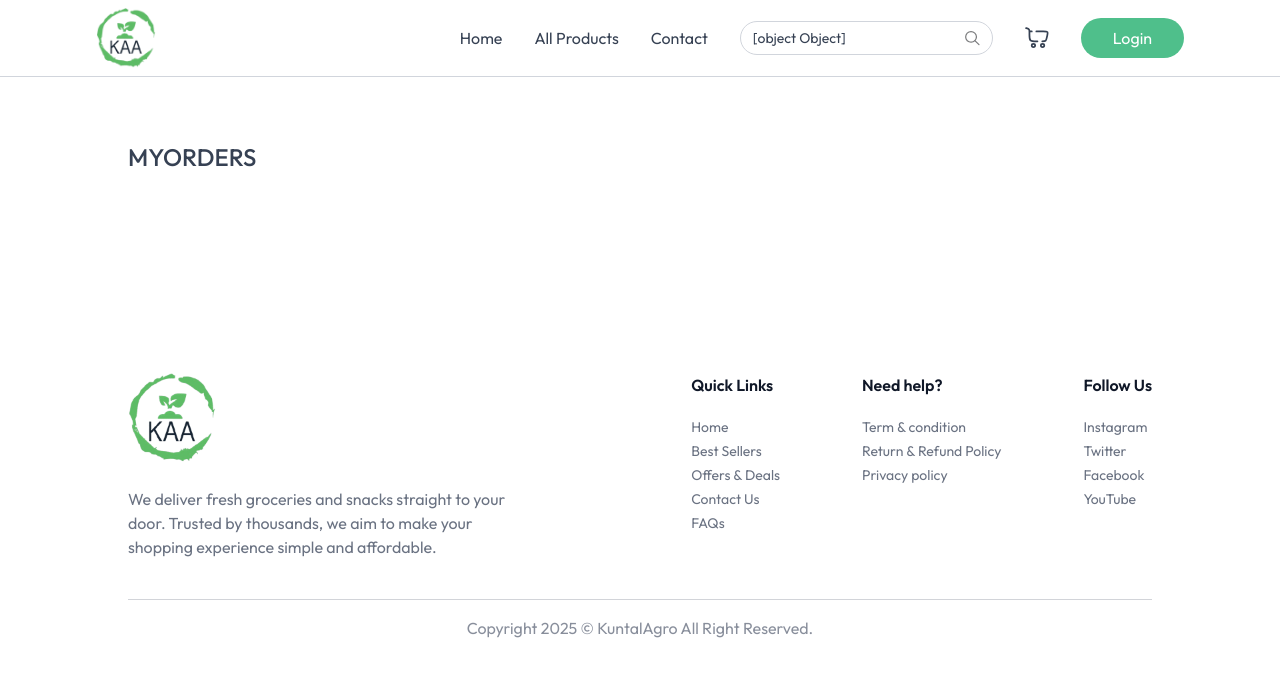
Repository: deepak445566/agro
Page: /myOrders (app in client/)
An editor plug-in stored every save of this project. The page is shown before and after the next save, followed by the edit.
The browser window is 1280 px wide. The pictures show the whole page.
The page's requests for data from a server got no answer. Some web fonts or font styles are not loaded; a fallback is used. The project was rebuilt for these pictures with package versions that can differ from the ones it lists, and the page was loaded fresh each time. No one was signed in, and anything a server would have sent is missing. Also part of the build but not shown: client/vite.config.js, client/src/components/MainBanner.jsx, client/src/components/ProductCard.jsx, client/src/components/BestSeller.jsx, client/src/components/BottomBanner.jsx, client/src/components/NewsLetter.jsx, client/src/components/OurStory.jsx, client/src/components/Reviews.jsx and 16 more.

Above is the page before, as saved 2025-12-17 11:24:17.

### client/index.html
<!doctype html>
<html lang="en">
  <head>
    <meta charset="UTF-8" />
    <link rel="icon" type="image/svg+xml" href="/favicon.svg" />
    <meta name="viewport" content="width=device-width, initial-scale=1.0" />
    <title>Grocery</title>
  </head>
  <body>
    <div id="root"></div>
    <script type="module" src="/src/main.jsx"></script>
  </body>
</html>

### client/src/main.jsx
import { StrictMode } from 'react'
import { createRoot } from 'react-dom/client'
import './index.css'
import App from './App.jsx'
import {BrowserRouter} from 'react-router-dom'
import { AppContextProvider } from './context/AppContext.jsx'


createRoot(document.getElementById('root')).render(
  <BrowserRouter>
  <AppContextProvider>
    <App />
    </AppContextProvider>
 </BrowserRouter>,
)

### client/src/index.css



@import url('https://fonts.googleapis.com/css2?family=Anton&family=Archivo+Black&family=Bebas+Neue&family=Bungee&family=Exo+2:ital,wght@0,100..900;1,100..900&family=Frijole&family=Kaushan+Script&family=Lilita+One&family=Mozilla+Headline:wght@200..700&family=Outfit:wght@100..900&family=Poppins:ital,wght@0,100;0,200;0,300;0,400;0,500;0,600;0,700;0,800;0,900;1,100;1,200;1,300;1,500;1,600;1,700;1,800;1,900&family=Rowdies:wght@300;400;700&family=Signika+Negative:wght@300..700&display=swap');

@import "tailwindcss";

*{
  font-family: "Outfit", sans-serif;
}
@theme {
  --color-primary:#4fbf8b;
  --color-primary-dull: #44ae7c;
}

### client/src/App.jsx
import React from 'react'
import Navbar from './components/Navbar'
import Home from './pages/Home'
import { Route, Routes, useLocation } from 'react-router-dom'
import { Toaster } from 'react-hot-toast';
import Footer from './components/Footer';
import { useAppContext } from './context/AppContext';
import Login from './components/Login';
import AllProduct from './pages/AllProduct';
import Productcato from './pages/Productcato';
import ProductDetail from './pages/ProductDetail';
import Cart from './pages/Cart';
import Addaddress from './components/Addaddress';
import Myorders from './pages/Myorders';
import SellerLogin from './components/seller/SellerLogin';
import SellerLayout from './pages/seller/SellerLayout';
import Addproduct from './pages/seller/Addproduct';
import ProductList from './pages/seller/ProductList';
import Order from './pages/seller/Order';
import Loading from './components/Loading';
import TermsAndConditions from './pages/Term';
import ReturnRefundPolicy from './pages/Return';
import PrivacyPolicy from './pages/Policy';


function App() {

  const isSellerPath = useLocation().pathname.includes("seller");
const {showLogin,isSeller} =useAppContext();


  return (
  <>
  <div className='text-default min-h-screen text-gray-700 bg-white'>
{isSellerPath ? null : <Navbar/>}
{showLogin ? <Login/> : null}
<Toaster></Toaster>
<div className={` ${isSellerPath ? " ":"px-6 md:px-16 lg:px-24 xl:px-32" }`}>
  <Routes>
    <Route path='/' element={<Home/>}/>
    <Route path='/products' element={<AllProduct/>}/>
    <Route path='/products/:category' element={<Productcato/>}/>
    <Route path='/products/:category/:id' element={<ProductDetail/>}/>
  <Route path='/cart' element={<Cart/>}/>
  <Route path='/add-address' element={<Addaddress/>}/>
  <Route path='/myOrders' element={<Myorders/>}/>
<Route path="/loader" element={<Loading/>}/>

<Route path="/term" element={<TermsAndConditions/>}/>
<Route path="/return" element={<ReturnRefundPolicy/>}/>
<Route path='/policy' element={<PrivacyPolicy/>}/>





  <Route path='/seller' element={isSeller?<SellerLayout/> :<SellerLogin/>}>
  <Route index element={isSeller?<Addproduct/>:null} />
<Route path='product-list' element={isSeller?<ProductList/>:null} />
<Route path='orders' element={<Order/>}/>



  </Route>


  </Routes>
</div>
 {!isSellerPath && <Footer />}
</div>
  </>
  )
}

export default App

### client/src/context/AppContext.jsx
import { createContext, useContext, useEffect, useState } from "react";
import { useNavigate } from "react-router-dom";

import toast from "react-hot-toast";
import axios from "axios";


axios.defaults.withCredentials = true;
axios.defaults.baseURL = import.meta.env.VITE_BACKEND_URL;






export const AppContext = createContext();

export const AppContextProvider = ({ children }) => {
  const navigate = useNavigate();

  const [user, setUser] = useState(null);
  const [isSeller, setIsSeller] = useState(false);
  const [showLogin, setShowLogin] = useState(false);
  const [products, setProducts] = useState([]);
  const [cartItems, setCartItems] = useState({});
  const [search, setSearch] = useState({});

  //status//
const fetchSeller = async () => {
  try {
    const { data } = await axios.get("/api/seller/isauth");

    if (data.success) {
      setIsSeller(true);
      console.log("Seller authenticated:", data.seller);
    } else {
      setIsSeller(false);
      console.log("Seller not authenticated:", data.message);
    }
  } catch (error) {
    console.error("Error checking seller auth:", error);
    setIsSeller(false);
  }
};





  const fetchUser = async ()=>{
    try {
      const {data} = await axios.get('/api/user/isauth');
      if(data.success){
        setUser(data.user)
        setCartItems(data.user.cartItems)

      }
    } catch (error) {
      setUser(null)
    }
  }


  // Fetch products
  const fetchProducts = async () => {
   try{
const {data} = await axios.get("/api/product/list")
if(data.success){
  setProducts(data.products)
}else{
  toast.error(data.message)
}
   }catch(error){
toast.error(error.message)
   }
  };

  // Add to cart
  const addToCart = (itemId) => {
    let cartData = structuredClone(cartItems);
    if (cartData[itemId]) {
      cartData[itemId] += 1;
    } else {
      cartData[itemId] = 1;
    }
    setCartItems(cartData);
    console.log(cartItems);
    toast.success("Added to Cart");
  };

  // Update cart quantity
  const updateCart = (itemId, quantity) => {
    let cartData = structuredClone(cartItems);
    if (quantity <= 0) {
      delete cartData[itemId];
    } else {
      cartData[itemId] = quantity;
    }
    setCartItems(cartData);
  };

  // Remove product from cart completely
  const removeFromCart = (itemId) => {
    let cartData = structuredClone(cartItems);
    if (cartData[itemId]) {
      delete cartData[itemId];
      setCartItems(cartData);
      toast.success("Removed from Cart");
    }
  };

  const getcount = () => {
    let totalcount = 0;
    for (const item in cartItems) {
      totalcount += cartItems[item];
    }
    return totalcount;
  };

  const gettotal = () => {
    let totalAmount = 0;
    for (const itemId in cartItems) {
      let itemInfo = products.find((pro) => pro._id === itemId);
      if (itemInfo && cartItems[itemId] > 0) {
        totalAmount += itemInfo.offerPrice * cartItems[itemId]; // ✅ fixed property name
      }
    }
    return Math.floor(totalAmount * 100) / 100;
  };

  useEffect(() => {
    fetchSeller()
    fetchUser()
    fetchProducts()
  }, []);
//databasecrt items//
useEffect(()=>{
const updateCart = async () => {
  try {
    const { data } = await axios.post('/api/cart/update', {
      userId: user._id,   // make sure user object has _id
      cartItems
    });
    if (!data.success) {
      toast.error(data.message);
    }
  } catch (error) {
    toast.error(error.message);
  }
};

if(user){
  updateCart()
}


},[cartItems])



  const value = {
    navigate,
    user,
    setUser,
    isSeller,
    setIsSeller,
    showLogin,
    setShowLogin,
    products,
    addToCart,
    updateCart,
    removeFromCart, // ⬅ new function
    cartItems,
    search,
    setSearch,
    getcount,
    gettotal,
    axios,
    fetchProducts,
    setCartItems
  };

  return <AppContext.Provider value={value}>{children}</AppContext.Provider>;
};

// Custom hook
export const useAppContext = () => {
  return useContext(AppContext);
};

### client/src/components/Footer.jsx
import React from 'react'
import { assets, footerLinks } from '../assets/assets'

function Footer() {
  return (
 <>
  <div className="px-6 md:px-16 lg:px-24 xl:px-32 mt-24">
            <div className="flex flex-col md:flex-row items-start justify-between gap-10 py-10 border-b border-gray-500/30 text-gray-500">
                <div>
                    <img className="w-34 md:w-22" src="/logo1.png" alt="dummyLogoColored" />
                    <p className="max-w-[410px] mt-6">We deliver fresh groceries and snacks straight to your door. Trusted by thousands, we aim to make your shopping experience simple and affordable.</p>
                </div>
                <div className="flex flex-wrap justify-between w-full md:w-[45%] gap-5 ">
                    {footerLinks.map((section, index) => (
                        <div key={index}>
                            <h3 className="font-semibold text-base text-gray-900 md:mb-5 mb-2">{section.title}</h3>
                            <ul className="text-sm space-y-1">
                                {section.links.map((link, i) => (
                                    <li key={i}>
                                        <a href={link.url} className="hover:underline transition">{link.text}</a>
                                    </li>
                                ))}
                            </ul>
                        </div>
                    ))}
                </div>
            </div>
            <p className="py-4 text-center text-sm md:text-base text-gray-500/80">
                Copyright 2025 © <a href="https://prebuiltui.com">KuntalAgro</a> All Right Reserved.
            </p>
        </div>

 </>
  )
}

export default Footer

### client/src/pages/Myorders.jsx
import React, { useEffect, useState } from "react";

import { useAppContext } from "../context/AppContext";

function Myorders() {
  const { axios, user } = useAppContext();
  const [myOrders, setMyOrders] = useState([]);

  const fetchOrders = async () => {
    try {
      const { data } = await axios.get("/api/order/user");
      console.log("Data from backend:", data);
      if (data.success) {
        setMyOrders(data.orders);
      }
    } catch (error) {
      console.log("Error fetching orders:", error);
    }
  };

  useEffect(() => {
    if (user) {
      fetchOrders();
    }
  }, [user]);

  return (
    <>
      <div className="mt-16 pb-16">
        <div>
          <p className="text-2xl font-medium uppercase">MyOrders</p>
        </div>
        {myOrders.map((order, index) => (
          <div className="border border-gray-300 rounded-lg mb-10 p-4 py-5" key={order._id}>
            <p className="flex justify-between md:items-center text-gray-400 md:font-medium max-md:flex-col">
              <span> OrderId : {order._id}</span>
              <span>Payment :{order.paymentType}</span>
              <span>Total Amount: {order.amount}</span>
            </p>
            {order.items.map((item, itemIndex) => (
              // Add null check for item.product
              item.product ? (
                <div className={`relative bg-white text-gray-500/70 ${order.items.length !== itemIndex + 1 && "border-b"} border-gray-300 flex flex-col md:flex-row md:items-center justify-between p-4 py-5 md:gap-16 w-full max-w-4xl`} key={itemIndex}>
                  <div className="flex items-center mb-4 md:md-0">
                    <div className="bg-primary/10 p-4 rounded-lg">
                      <img
                        src={item.product.image[0]}
                        className="w-16 h-16"
                        alt={item.product.name}
                      />
                    </div>
                    <div className="ml-4">
                      <h2 className="text-xl font-medium text-gray-800">{item.product.name}</h2>
                      <p>{item.product.category}</p>
                    </div>
                  </div>
                  <div className="flex flex-col justify-center md:ml-10 mb-4 md:mb-0">
                    <p>Quantity:{item.quantity || "1"}</p>
                    <p>Status:{order.status}</p>
                    <p>Date: {new Date(order.createdAt).toLocaleDateString()}</p>
                  </div>
                  <p className="text-primary text-lg font-medium">
                    Amount:${item.product.offerPrice * item.quantity}
                  </p>
                </div>
              ) : (
                // Fallback UI for deleted products
                <div className={`relative bg-white text-gray-500/70 ${order.items.length !== itemIndex + 1 && "border-b"} border-gray-300 flex flex-col md:flex-row md:items-center justify-between p-4 py-5 md:gap-16 w-full max-w-4xl`} key={itemIndex}>
                  <div className="flex items-center mb-4 md:md-0">
                    <div className="bg-gray-100 p-4 rounded-lg">
                      <div className="w-16 h-16 flex items-center justify-center bg-gray-200">
                        <span>❌</span>
                      </div>
                    </div>
                    <div className="ml-4">
                      <h2 className="text-xl font-medium text-gray-800">Product no longer available</h2>
                      <p>Product has been removed</p>
                    </div>
                  </div>
                  <div className="flex flex-col justify-center md:ml-10 mb-4 md:mb-0">
                    <p>Quantity:{item.quantity || "1"}</p>
                    <p>Status:{order.status}</p>
                    <p>Date: {new Date(order.createdAt).toLocaleDateString()}</p>
                  </div>
                  <p className="text-gray-400 text-lg font-medium">
                    Product unavailable
                  </p>
                </div>
              )
            ))}
          </div>
        ))}
      </div>
    </>
  );
}

export default Myorders;

Loaded but not shown: client/src/assets/assets.js (193 lines, source omitted); client/src/components/Navbar.jsx (280 lines, source omitted)

After the next save:
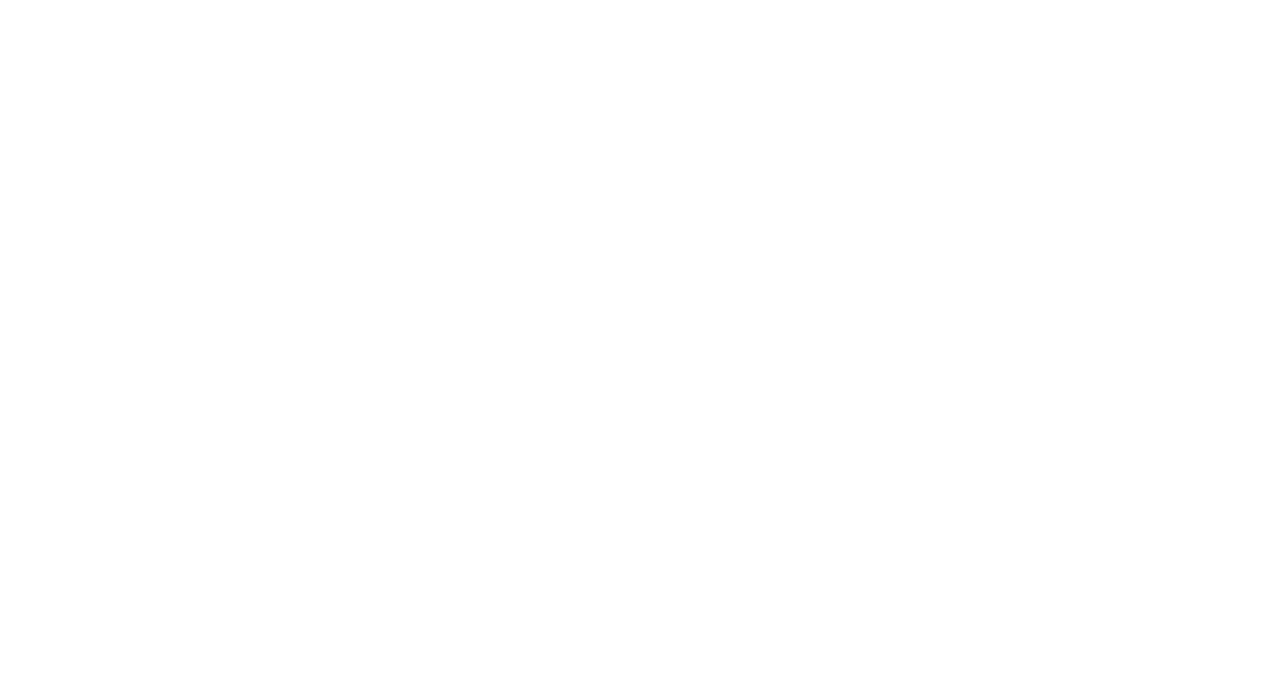
Console error (its wording comes from the project's code and is left out).
Saved 18 s later.
--- a/client/src/pages/Myorders.jsx
+++ b/client/src/pages/Myorders.jsx
@@ -1,7 +1,3 @@
-import React, { useEffect, useState } from "react";
-
-import { useAppContext } from "../context/AppContext";
-
 function Myorders() {
   const { axios, user } = useAppContext();
   const [myOrders, setMyOrders] = useState([]);
@@ -9,7 +5,6 @@
   const fetchOrders = async () => {
     try {
       const { data } = await axios.get("/api/order/user");
-      console.log("Data from backend:", data);
       if (data.success) {
         setMyOrders(data.orders);
       }
@@ -28,20 +23,26 @@
     <>
       <div className="mt-16 pb-16">
         <div>
-          <p className="text-2xl font-medium uppercase">MyOrders</p>
+          <p className="text-2xl font-medium uppercase">My Orders</p>
         </div>
         {myOrders.map((order, index) => (
           <div className="border border-gray-300 rounded-lg mb-10 p-4 py-5" key={order._id}>
-            <p className="flex justify-between md:items-center text-gray-400 md:font-medium max-md:flex-col">
-              <span> OrderId : {order._id}</span>
-              <span>Payment :{order.paymentType}</span>
-              <span>Total Amount: {order.amount}</span>
-            </p>
+            <div className="flex justify-between md:items-center text-gray-400 md:font-medium max-md:flex-col mb-4">
+              <span>Order ID: {order._id}</span>
+              <span>Payment: {order.paymentType}</span>
+              <span>Total: ₹{order.amount}</span>
+              {/* ✅ Transaction ID Display */}
+              {order.transactionId && (
+                <span className="bg-blue-100 text-blue-800 px-3 py-1 rounded text-sm">
+                  Txn ID: {order.transactionId.slice(0, 8)}...
+                </span>
+              )}
+            </div>
+
             {order.items.map((item, itemIndex) => (
-              // Add null check for item.product
               item.product ? (
                 <div className={`relative bg-white text-gray-500/70 ${order.items.length !== itemIndex + 1 && "border-b"} border-gray-300 flex flex-col md:flex-row md:items-center justify-between p-4 py-5 md:gap-16 w-full max-w-4xl`} key={itemIndex}>
-                  <div className="flex items-center mb-4 md:md-0">
+                  <div className="flex items-center mb-4 md:mb-0">
                     <div className="bg-primary/10 p-4 rounded-lg">
                       <img
                         src={item.product.image[0]}
@@ -55,18 +56,17 @@
                     </div>
                   </div>
                   <div className="flex flex-col justify-center md:ml-10 mb-4 md:mb-0">
-                    <p>Quantity:{item.quantity || "1"}</p>
-                    <p>Status:{order.status}</p>
+                    <p>Quantity: {item.quantity || "1"}</p>
+                    <p>Status: {order.status}</p>
                     <p>Date: {new Date(order.createdAt).toLocaleDateString()}</p>
                   </div>
                   <p className="text-primary text-lg font-medium">
-                    Amount:${item.product.offerPrice * item.quantity}
+                    Amount: ₹{item.product.offerPrice * item.quantity}
                   </p>
                 </div>
               ) : (
-                // Fallback UI for deleted products
                 <div className={`relative bg-white text-gray-500/70 ${order.items.length !== itemIndex + 1 && "border-b"} border-gray-300 flex flex-col md:flex-row md:items-center justify-between p-4 py-5 md:gap-16 w-full max-w-4xl`} key={itemIndex}>
-                  <div className="flex items-center mb-4 md:md-0">
+                  <div className="flex items-center mb-4 md:mb-0">
                     <div className="bg-gray-100 p-4 rounded-lg">
                       <div className="w-16 h-16 flex items-center justify-center bg-gray-200">
                         <span>❌</span>
@@ -78,8 +78,8 @@
                     </div>
                   </div>
                   <div className="flex flex-col justify-center md:ml-10 mb-4 md:mb-0">
-                    <p>Quantity:{item.quantity || "1"}</p>
-                    <p>Status:{order.status}</p>
+                    <p>Quantity: {item.quantity || "1"}</p>
+                    <p>Status: {order.status}</p>
                     <p>Date: {new Date(order.createdAt).toLocaleDateString()}</p>
                   </div>
                   <p className="text-gray-400 text-lg font-medium">
@@ -94,5 +94,3 @@
     </>
   );
 }
-
-export default Myorders;

After the save that followed:
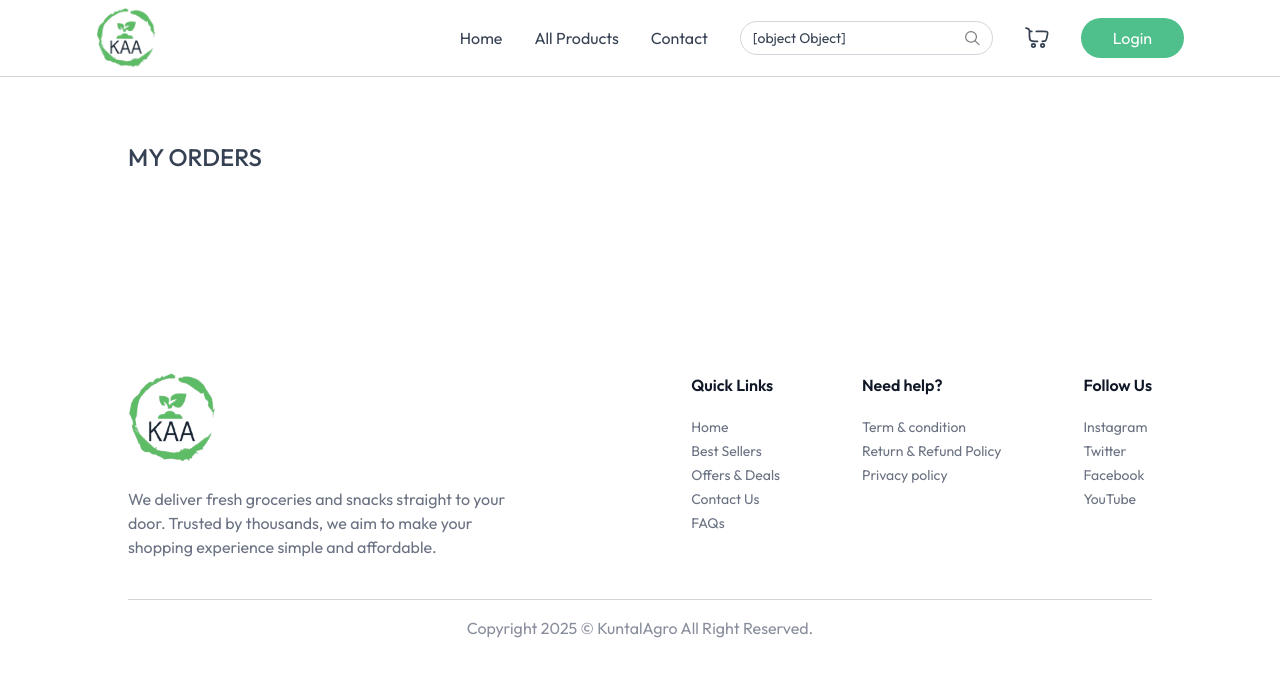
The error is gone.
Saved 8 min 43 s later.
--- a/client/src/pages/Myorders.jsx
+++ b/client/src/pages/Myorders.jsx
@@ -1,3 +1,6 @@
+import React, { useEffect, useState } from "react";
+import { useAppContext } from "../context/AppContext";
+
 function Myorders() {
   const { axios, user } = useAppContext();
   const [myOrders, setMyOrders] = useState([]);
@@ -94,3 +97,5 @@
     </>
   );
 }
+
+export default Myorders;
